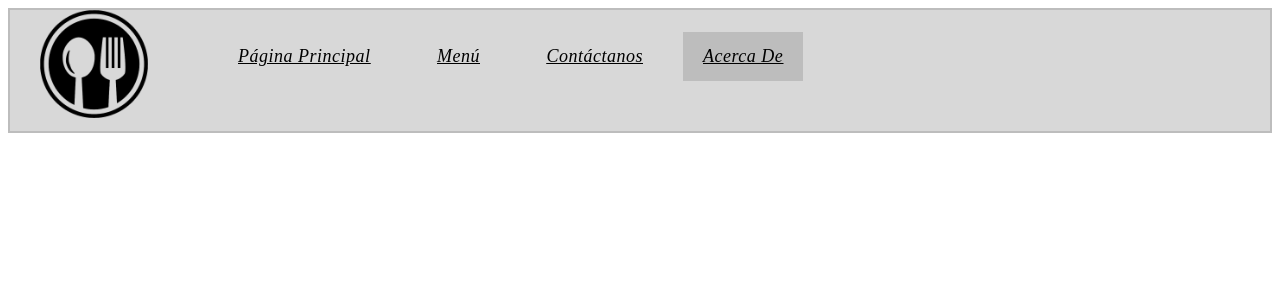
Repository: UVMCoyoacan/eq06_sitio1
Page: Carpeta docs/menu.html
These files come from the project's save history. The page is drawn as it stood at one moment and after the next save; the edit follows.
The browser window is 1280 px wide. The pictures show the whole page.

Above is the page before, as saved 2024-03-06 12:12:34.

After the next save:
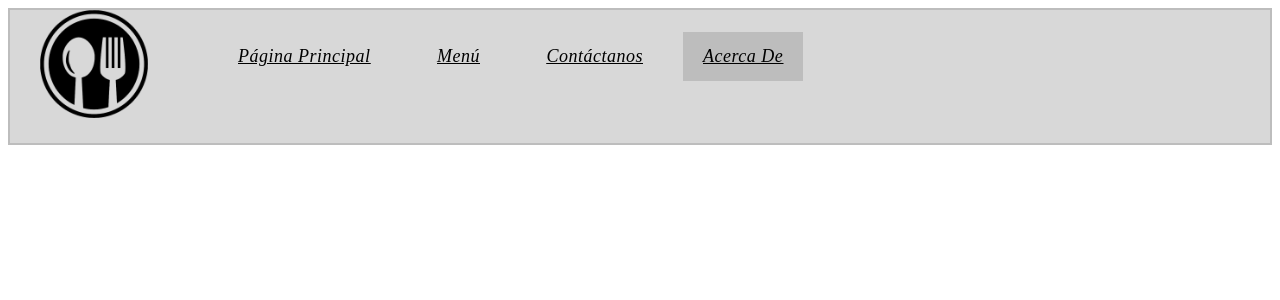
Saved 28 s later.
--- a/Carpeta estilos/estilo1.css
+++ b/Carpeta estilos/estilo1.css
@@ -36,6 +36,7 @@ li {
   text-transform: capitalize;
   text-indent: 0;
   margin-right: 20px;
+  margin-bottom: 20px;
 }
 
 a {
@@ -43,6 +44,7 @@ a {
   padding: 10px 20px;
   background-color: #D8D8D8;
   color: #000;
+  margin-bottom: 20px;
 }
 
 .active {
@@ -53,6 +55,6 @@ a {
   text-decoration: underline;
   font-size: 28px;
   font-style: italic;
-  margin-bottom: 20px; /
+  margin-bottom: 20px;
 }
 }

After the 2 saves that followed:
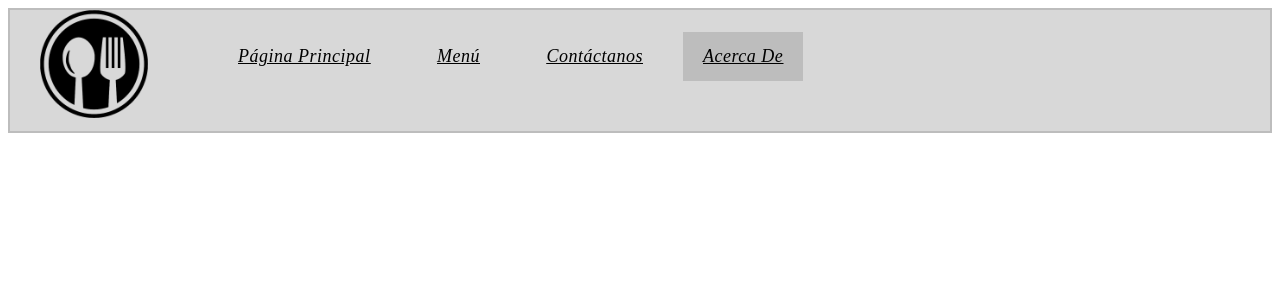
The 2 saves are shown as one change because 1 left the picture as it was.
The last was saved 45 s later.
--- a/Carpeta estilos/estilo1.css
+++ b/Carpeta estilos/estilo1.css
@@ -10,6 +10,7 @@
   padding: 20px 30px;
   text-transform: capitalize;
   text-align: left;
+
 }
 
 header {
@@ -22,6 +23,7 @@ header {
   border-style: solid;
   border-width: 2px;
   border-color: #BDBDBD;
+  margin-bottom: 20px;
 
 
 li {
@@ -44,7 +46,7 @@ a {
   padding: 10px 20px;
   background-color: #D8D8D8;
   color: #000;
-  margin-bottom: 20px;
+
 }
 
 .active {
